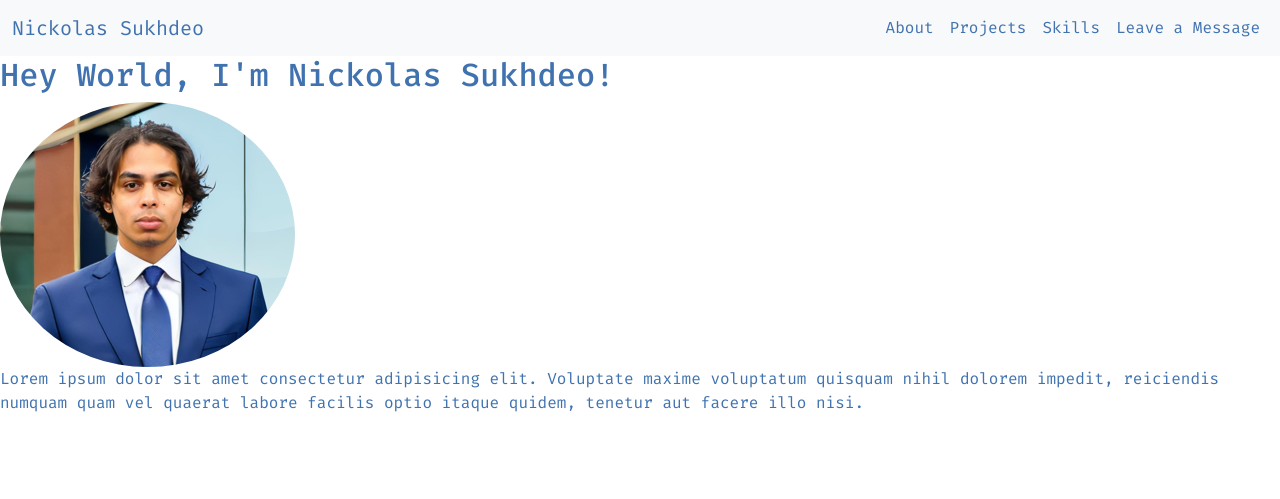
Repository: nlsukhde/porfolio
Page: index.html
These files come from the project's save history. The page is drawn as it stood at one moment and after the next save; the edit follows.
The browser window is 1280 px wide. The pictures show the whole page.

Above is the page before, as saved 2025-06-19 17:47:01.

### index.html
<!DOCTYPE html>
<html lang="en">
<head>
    <meta charset="UTF-8">
    <meta name="viewport" content="width=device-width, initial-scale=1.0">

    <!-- Google Fonts -->
    <link rel="preconnect" href="https://fonts.googleapis.com">
    <link rel="preconnect" href="https://fonts.gstatic.com" crossorigin>
    <link href="https://fonts.googleapis.com/css2?family=Fira+Code:wght@300..700&family=Raleway:ital,wght@0,100..900;1,100..900&family=Roboto+Condensed:ital,wght@0,100..900;1,100..900&display=swap" rel="stylesheet">

    <!-- Your CSS (must come after fonts) -->
    <link rel="stylesheet" href="app.css">

    <!-- Bootstrap CSS -->
    <link href="https://cdn.jsdelivr.net/npm/bootstrap@5.3.7/dist/css/bootstrap.min.css" rel="stylesheet" integrity="sha384-LN+7fdVzj6u52u30Kp6M/trliBMCMKTyK833zpbD+pXdCLuTusPj697FH4R/5mcr" crossorigin="anonymous">

    <title>Nickolas Sukhdeo Portfolio</title>
</head>

<body>
    <script src="https://cdn.jsdelivr.net/npm/bootstrap@5.3.7/dist/js/bootstrap.bundle.min.js" integrity="sha384-ndDqU0Gzau9qJ1lfW4pNLlhNTkCfHzAVBReH9diLvGRem5+R9g2FzA8ZGN954O5Q" crossorigin="anonymous"></script>

    <nav class="navbar navbar-expand-lg bg-body-tertiary">
  <div class="container-fluid">
    <a class="navbar-brand" href="#">Nickolas Sukhdeo</a>
    <button class="navbar-toggler" type="button" data-bs-toggle="collapse" data-bs-target="#navbarNav" aria-controls="navbarNav" aria-expanded="false" aria-label="Toggle navigation">
      <span class="navbar-toggler-icon"></span>
    </button>
    <div class="collapse navbar-collapse" id="navbarNav">
      <ul class="navbar-nav ms-auto">
        <li class="nav-item">
          <a class="nav-link active" aria-current="page" href="#">About</a>
        </li>
        <li class="nav-item">
          <a class="nav-link" href="#">Projects</a>
        </li>
        <li class="nav-item">
          <a class="nav-link" href="#">Skills</a>
        </li>
        <li class="nav-item">
          <a class="nav-link" >Leave a Message</a>
        </li>
      </ul>
    </div>
  </div>
</nav>

<section id= "about-section">

<h2>Hey World, I'm Nickolas Sukhdeo!</h2>

<div class = "headshot">
<img src="headshot.png" alt="headshot" />
</div>

<div class = "bio">
    <p>Lorem ipsum dolor sit amet consectetur adipisicing elit. Voluptate maxime voluptatum quisquam nihil dolorem impedit, reiciendis numquam
         quam vel quaerat labore facilis optio itaque quidem, tenetur aut facere illo nisi.</p>
</div>

</section>
</body>
</html>

### app.css
:root {
  --color-bg: #F9F7F7;
  --color-accent: #DBE2EF;
  --color-text: #3F72AF;
  --color-bg-secondary: #112D4E;
}


body{
  background-color: var(--color-bg);
  color: var(--color-text)!important;
  font-family: "Fira Code", monospace !important;
}

.navbar, .navbar-brand, .nav-link {
  font-family: "Fira Code", monospace !important;
  color: var(--color-text) !important;
}

.navbar-expand-lg bg-body-tertiary {
  background-color: var(--color-bg-secondary) !important;
}

img{
    border-radius: 50%;


}

After the next save:
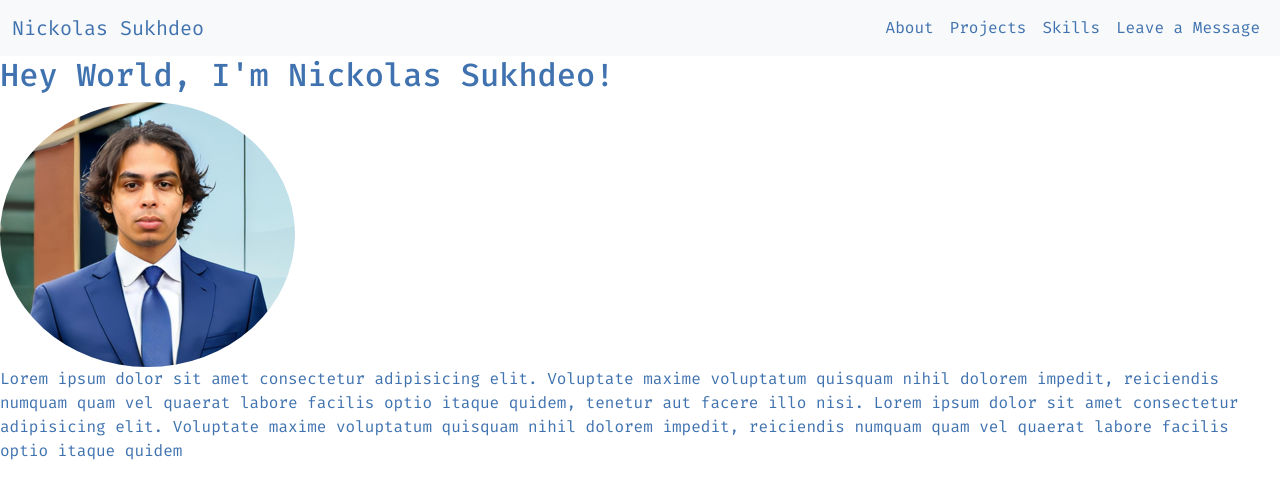
Saved 16 s later.
--- a/index.html
+++ b/index.html
@@ -56,7 +56,8 @@
 
 <div class = "bio">
     <p>Lorem ipsum dolor sit amet consectetur adipisicing elit. Voluptate maxime voluptatum quisquam nihil dolorem impedit, reiciendis numquam
-         quam vel quaerat labore facilis optio itaque quidem, tenetur aut facere illo nisi.</p>
+         quam vel quaerat labore facilis optio itaque quidem, tenetur aut facere illo nisi. Lorem ipsum dolor sit amet consectetur adipisicing elit. Voluptate maxime voluptatum quisquam nihil dolorem impedit, reiciendis numquam
+         quam vel quaerat labore facilis optio itaque quidem</p>
 </div>
 
 </section>
